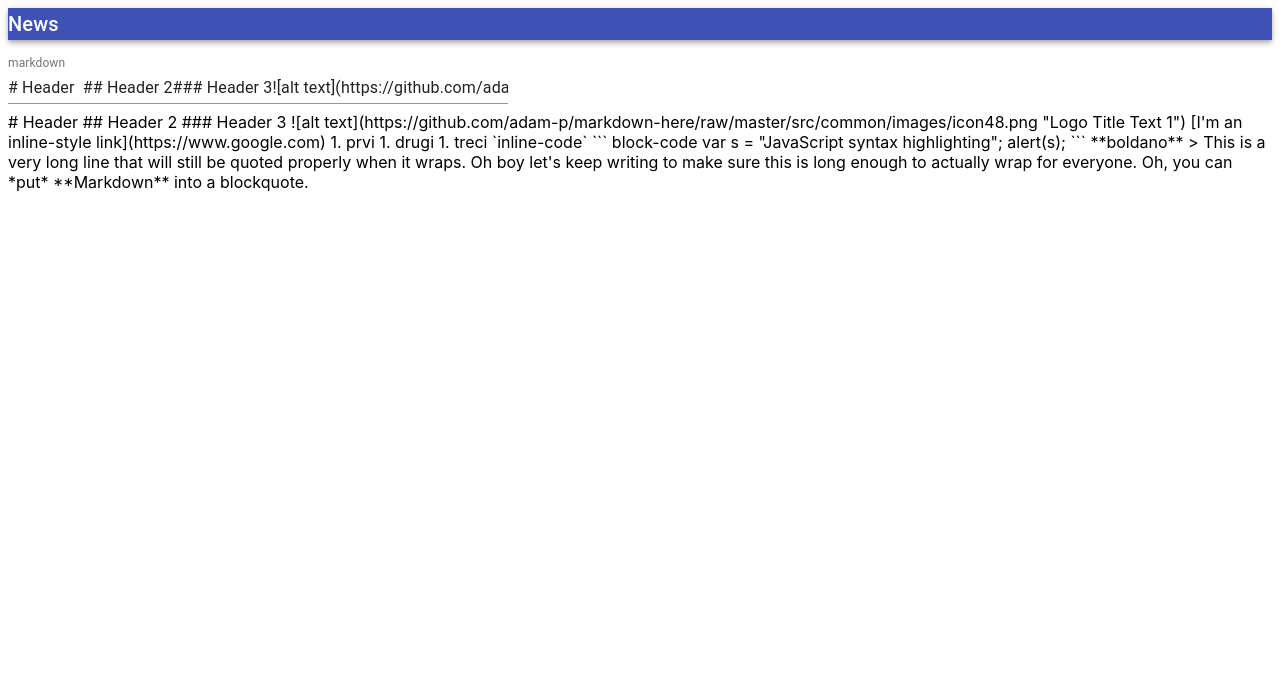
Repository: milac0/markdown-previewer
Page: /
An editor plug-in stored every save of this project. The page is shown before and after the next save, followed by the edit.
The browser window is 1280 px wide. The pictures show the whole page.
The project was rebuilt for these pictures with package versions that can differ from the ones it lists, and the page was loaded fresh each time.

Above is the page before, as saved 2019-10-22 15:04:32.

After the next save:
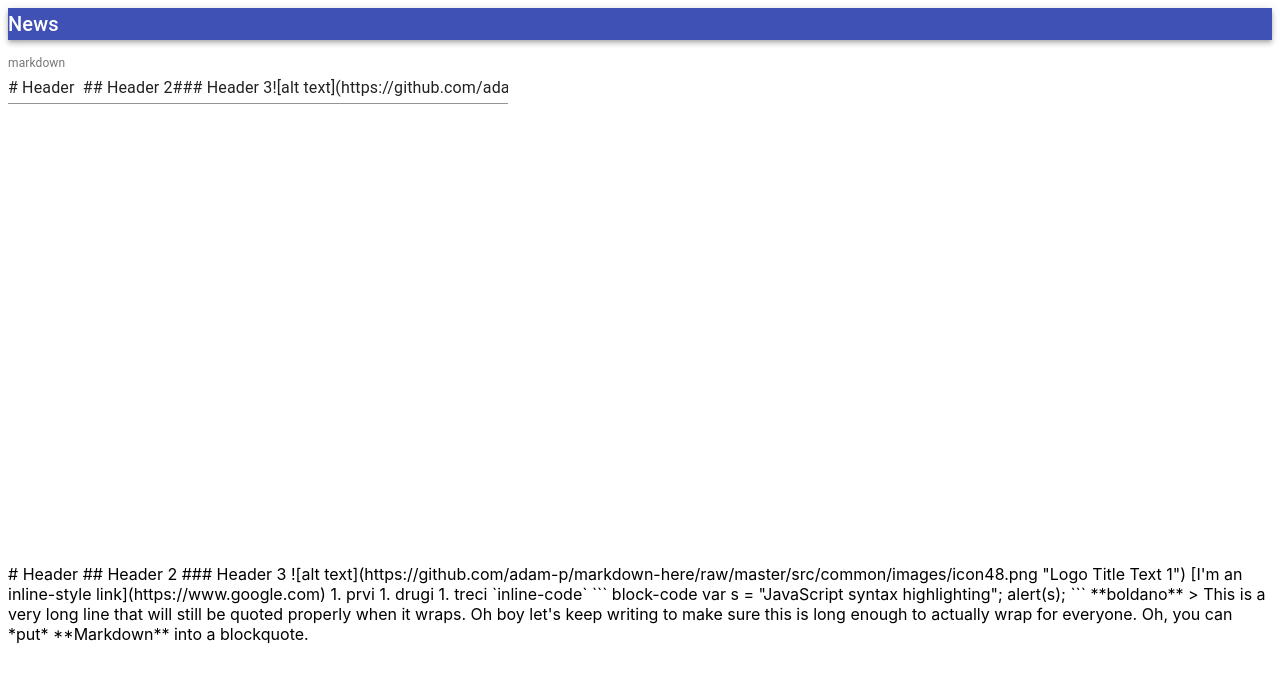
Saved 10 s later.
--- a/src/App.js
+++ b/src/App.js
@@ -30,7 +30,7 @@ const App = () => {
       <Grid container>
         <Grid item>
         <TextField
-        style={{width: 500}}
+        style={{width: 500, height: 500}}
         fullWidth
         label="markdown"
         value={markdown}
